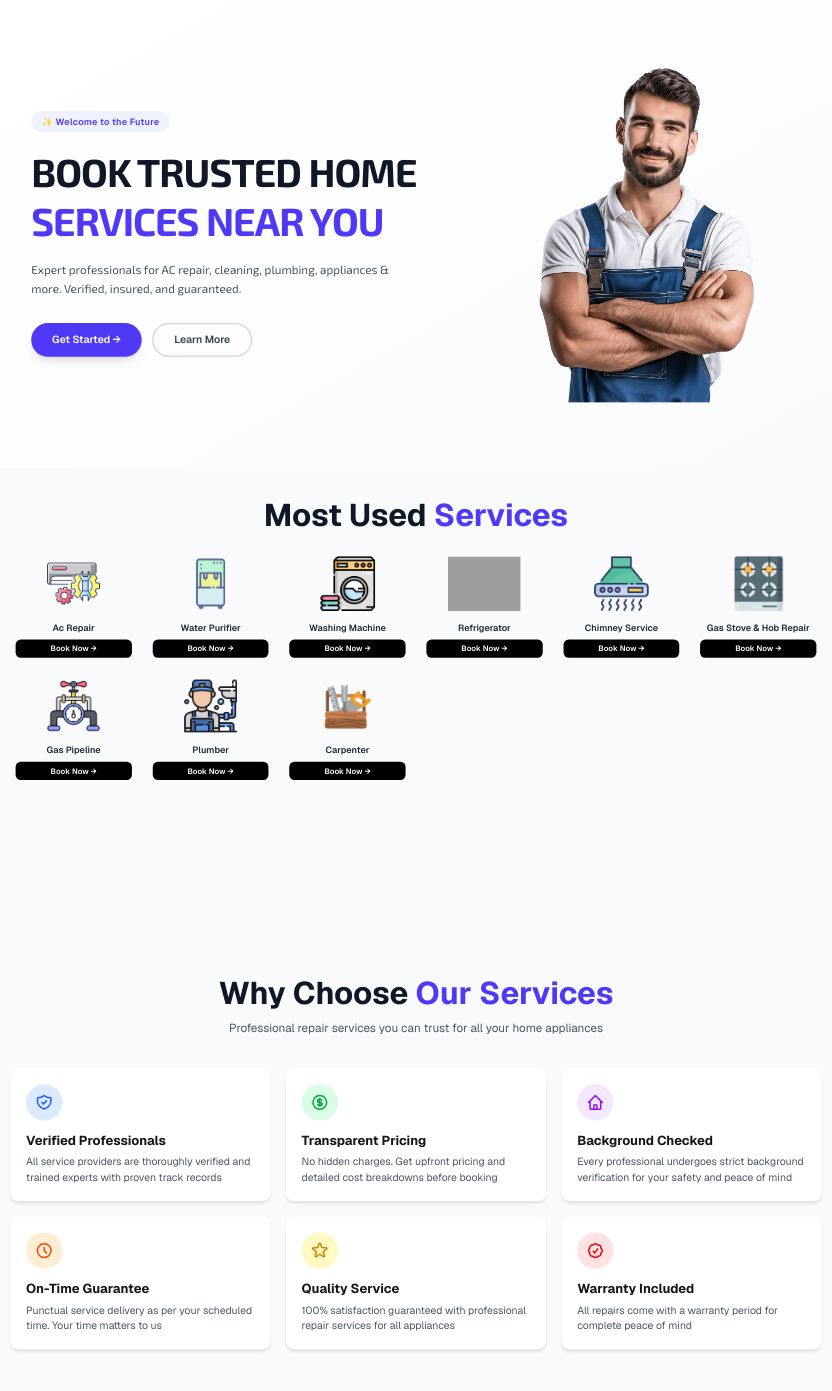
Repository: deepak445566/repai
Page: / (app in repair/)
The author's editor kept a copy of each file at every save. The page is drawn from the files as they stood at one save, then again after the next save.
The browser window is 1280 px wide. The pictures show the whole page, at 65% of full size.
Pictures or frames that could not be fetched are drawn as grey boxes. The project was rebuilt for these pictures with package versions that can differ from the ones it lists, and the page was loaded fresh each time. The framework's server and built-in components were replaced by stand-ins that run in the browser. Also part of the build but not shown: repair/next.config.mjs.

Above is the page before, as saved 2026-04-15 13:38:25.

### repair/src/app/layout.js
import { Abril_Fatface, Exo_2, Geist, Geist_Mono } from "next/font/google";
import "./globals.css";

const geistSans = Geist({
  variable: "--font-geist-sans",
  subsets: ["latin"],
});

const geistMono = Geist_Mono({
  variable: "--font-geist-mono",
  subsets: ["latin"],
});
const abril = Abril_Fatface({
  weight: '400',
  subsets: ['latin'],
  variable: '--font-abril',
});

const exo = Exo_2({
  subsets: ['latin'],
  weight: ['400','600','700'],
  variable: '--font-exo',
});

export const metadata = {
  title: "Create Next App",
  description: "Generated by create next app",
};

export default function RootLayout({ children }) {
  return (
    <html
      lang="en"
      className={`${geistSans.variable} ${geistMono.variable} ${abril.variable} ${exo.variable} h-full antialiased`}
    >
      <body className="min-h-full flex flex-col">{children}</body>
    </html>
  );
}

### repair/src/app/page.js
import HeroPage from '@/components/heroPage'
import ServicesPage from '@/components/Service'
import WhyChooseUs from '@/components/whyChooseUs'
import React from 'react'

function page() {
  return (
   <>
   <HeroPage/>
   <ServicesPage/>
   <WhyChooseUs/>
   </>
  )
}

export default page

### repair/src/app/globals.css
@import "tailwindcss";

:root {
  --background: #ffffff;
  --foreground: #171717;
}

@theme inline {
  --color-background: var(--background);
  --color-foreground: var(--foreground);
  --font-sans: var(--font-geist-sans);
  --font-mono: var(--font-geist-mono);
}

@media (prefers-color-scheme: dark) {
  :root {
    --background: #0a0a0a;
    --foreground: #ededed;
  }
}

body {
  background: var(--background);
  color: var(--foreground);
  font-family: var(--font-parkinsans);
}



.abril {
  font-family: var(--font-abril);
}

.exo {
  font-family: var(--font-exo);
}

### repair/src/components/heroPage.jsx
import Image from 'next/image';

export default function HeroPage() {
  return (
    <div className="min-h-screen bg-gradient-to-br from-white to-gray-50 flex items-center justify-center px-4 lg:px-12 py-12">
      <div className="max-w-7xl mx-auto w-full">
        <div className="flex flex-col lg:flex-row items-center gap-12 lg:gap-10">

          {/* Left Section - 60% Width */}
          <div className="w-full lg:w-[55%] text-center lg:text-left space-y-6">
            <div className="inline-block px-4 py-1.5 rounded-full bg-indigo-50 text-indigo-600 text-sm font-semibold tracking-wide">
              ✨ Welcome to the Future
            </div>

            <h1 className="text-4xl sm:text-5xl lg:text-6xl font-bold tracking-tight text-gray-900 leading-tight uppercase exo">
            Book Trusted Home
              <span className="text-indigo-600 block"> Services Near You</span>
            </h1>

            <p className="text-lg text-gray-600 max-w-xl mx-auto lg:mx-0 exo">
         Expert professionals for AC repair, cleaning, plumbing, appliances & more. Verified, insured, and guaranteed.
            </p>

            <div className="flex flex-col sm:flex-row gap-4 justify-center lg:justify-start pt-4">
              <button className="px-8 py-3 rounded-full bg-indigo-600 text-white font-semibold shadow-lg hover:bg-indigo-700 transition-all duration-200 transform hover:scale-105">
                Get Started →
              </button>
              <button className="px-8 py-3 rounded-full border-2 border-gray-300 text-gray-700 font-semibold hover:bg-gray-50 transition-all duration-200">
                Learn More
              </button>
            </div>
          </div>

          {/* Right Section - 40% Width */}
          <div className="w-full lg:w-[45%] flex justify-center lg:justify-end">
            <div className="relative w-full max-w-sm sm:max-w-md lg:max-w-lg">
              <div className="absolute inset-0 opacity-60 -z-10"></div>
              <div className="relative overflow-hidden">
                {/* Size control - Apni hisaab se change karo */}
                <div className="relative w-[350px] h-[400px] md:w-[400px] md:h-[400px] lg:w-[550px] lg:h-[550px] mx-auto ">
                  <Image
                    src="/images/image1.png"
                    alt="Hero Image"
                    fill
                    className="object-contain p-4"
                    priority
                  />
                </div>
              </div>
            </div>
          </div>
        </div>
      </div>
    </div>
  );
}

### repair/src/components/Service.jsx
'use client'

import Image from 'next/image';
import { useRouter } from 'next/navigation';

export default function ServicesPage() {
  const router = useRouter();

  const services = [
    { id: 1, title: "Ac Repair", image: "/images/acrepair.png" },
    { id: 2, title: "Water Purifier", image: "/images/waterrepair.png" },
    { id: 3, title: "Washing Machine", image: "/images/washrepair.png" },
    { id: 4, title: "Refrigerator", image: "/images/fridgerepair.png" },
    { id: 5, title: "Chimney Service", image: "/images/chimneyrepair.png" },
    { id: 6, title: "Gas Stove & Hob Repair", image: "/images/gasrepair.png" },
    { id: 7, title: "Gas Pipeline", image: "/images/piperepair.png" },
    { id: 8, title: "Plumber", image: "/images/plumberrepair.png" },
    { id: 9, title: "Carpenter", image: "/images/carrepair.png" },
  ];

  const handleBookNow = (serviceTitle) => {
    // Navigate to booking page with service name
    router.push(`/book?service=${encodeURIComponent(serviceTitle)}`);
  };

  return (
    <div className="min-h-screen bg-gray-50 py-12 px-4">
      <div className="max-w-7xl mx-auto">

        <div className="text-center mb-8">
          <h2 className="text-3xl sm:text-5xl font-bold text-gray-900 mb-2">
            Most Used <span className="text-indigo-600">Services</span>
          </h2>
        </div>

        <div className="grid grid-cols-2 lg:grid-cols-6 gap-3 md:gap-4">
          {services.map((service) => (
            <div key={service.id} className="group cursor-pointer">
              {/* Image Section */}
              <div className="relative h-20 sm:h-22 md:h-25">
                <Image
                  src={service.image}
                  alt={service.title}
                  fill
                  className="object-contain p-2 transition-transform duration-500 group-hover:scale-110"
                />
              </div>

              {/* Title Section */}
              <div className="py-2 px-1 text-center">
                <h3 className="text-xs sm:text-sm font-semibold text-gray-800 group-hover:text-indigo-600 transition-colors">
                  {service.title}
                </h3>
              </div>

              {/* Book Button */}
              <div className="px-2 pb-2">
                <button
                  onClick={() => handleBookNow(service.title)}
                  className="w-full bg-black text-white text-xs font-semibold py-1.5 rounded-lg hover:bg-indigo-700 transition-all"
                >
                  Book Now →
                </button>
              </div>
            </div>
          ))}
        </div>
      </div>
    </div>
  );
}

### repair/src/components/whyChooseUs.jsx
import Image from 'next/image';

export default function WhyChooseUs() {
  return (
    <div className="bg-gray-50 py-16 px-4">
      <div className="max-w-7xl mx-auto">

        {/* Header with Image */}
        <div className="text-center mb-12">
          <h2 className="text-4xl lg:text-5xl font-bold text-gray-900 mb-4">
            Why Choose <span className="text-indigo-600">Our Services</span>
          </h2>
          <p className="text-gray-600 text-lg max-w-2xl mx-auto">
            Professional repair services you can trust for all your home appliances
          </p>
        </div>

        {/* Features Grid */}
        <div className="grid grid-cols-1 md:grid-cols-2 lg:grid-cols-3 gap-6">
          {/* Feature 1 */}
          <div className="bg-white rounded-xl p-6 shadow-md hover:shadow-xl transition-all">
            <div className="w-14 h-14 bg-blue-100 rounded-full flex items-center justify-center mb-4">
              <svg className="w-7 h-7 text-blue-600" fill="none" stroke="currentColor" viewBox="0 0 24 24">
                <path strokeLinecap="round" strokeLinejoin="round" strokeWidth={2} d="M9 12l2 2 4-4m5.618-4.016A11.955 11.955 0 0112 2.944a11.955 11.955 0 01-8.618 3.04A12.02 12.02 0 003 9c0 5.591 3.824 10.29 9 11.622 5.176-1.332 9-6.03 9-11.622 0-1.042-.133-2.052-.382-3.016z" />
              </svg>
            </div>
            <h3 className="text-xl font-bold mb-2">Verified Professionals</h3>
            <p className="text-gray-600">All service providers are thoroughly verified and trained experts with proven track records</p>
          </div>

          {/* Feature 2 */}
          <div className="bg-white rounded-xl p-6 shadow-md hover:shadow-xl transition-all">
            <div className="w-14 h-14 bg-green-100 rounded-full flex items-center justify-center mb-4">
              <svg className="w-7 h-7 text-green-600" fill="none" stroke="currentColor" viewBox="0 0 24 24">
                <path strokeLinecap="round" strokeLinejoin="round" strokeWidth={2} d="M12 8c-1.657 0-3 .895-3 2s1.343 2 3 2 3 .895 3 2-1.343 2-3 2m0-8c1.11 0 2.08.402 2.599 1M12 8V7m0 1v8m0 0v1m0-1c-1.11 0-2.08-.402-2.599-1M21 12a9 9 0 11-18 0 9 9 0 0118 0z" />
              </svg>
            </div>
            <h3 className="text-xl font-bold mb-2">Transparent Pricing</h3>
            <p className="text-gray-600">No hidden charges. Get upfront pricing and detailed cost breakdowns before booking</p>
          </div>

          {/* Feature 3 */}
          <div className="bg-white rounded-xl p-6 shadow-md hover:shadow-xl transition-all">
            <div className="w-14 h-14 bg-purple-100 rounded-full flex items-center justify-center mb-4">
              <svg className="w-7 h-7 text-purple-600" fill="none" stroke="currentColor" viewBox="0 0 24 24">
                <path strokeLinecap="round" strokeLinejoin="round" strokeWidth={2} d="M3 12l2-2m0 0l7-7 7 7M5 10v10a1 1 0 001 1h3m10-11l2 2m-2-2v10a1 1 0 01-1 1h-3m-6 0a1 1 0 001-1v-4a1 1 0 011-1h2a1 1 0 011 1v4a1 1 0 001 1m-6 0h6" />
              </svg>
            </div>
            <h3 className="text-xl font-bold mb-2">Background Checked</h3>
            <p className="text-gray-600">Every professional undergoes strict background verification for your safety and peace of mind</p>
          </div>

          {/* Feature 4 */}
          <div className="bg-white rounded-xl p-6 shadow-md hover:shadow-xl transition-all">
            <div className="w-14 h-14 bg-orange-100 rounded-full flex items-center justify-center mb-4">
              <svg className="w-7 h-7 text-orange-600" fill="none" stroke="currentColor" viewBox="0 0 24 24">
                <path strokeLinecap="round" strokeLinejoin="round" strokeWidth={2} d="M12 8v4l3 3m6-3a9 9 0 11-18 0 9 9 0 0118 0z" />
              </svg>
            </div>
            <h3 className="text-xl font-bold mb-2">On-Time Guarantee</h3>
            <p className="text-gray-600">Punctual service delivery as per your scheduled time. Your time matters to us</p>
          </div>

          {/* Feature 5 */}
          <div className="bg-white rounded-xl p-6 shadow-md hover:shadow-xl transition-all">
            <div className="w-14 h-14 bg-yellow-100 rounded-full flex items-center justify-center mb-4">
              <svg className="w-7 h-7 text-yellow-600" fill="none" stroke="currentColor" viewBox="0 0 24 24">
                <path strokeLinecap="round" strokeLinejoin="round" strokeWidth={2} d="M11.049 2.927c.3-.921 1.603-.921 1.902 0l1.519 4.674a1 1 0 00.95.69h4.915c.969 0 1.371 1.24.588 1.81l-3.976 2.888a1 1 0 00-.363 1.118l1.518 4.674c.3.922-.755 1.688-1.538 1.118l-3.976-2.888a1 1 0 00-1.176 0l-3.976 2.888c-.783.57-1.838-.197-1.538-1.118l1.518-4.674a1 1 0 00-.363-1.118l-3.976-2.888c-.784-.57-.38-1.81.588-1.81h4.914a1 1 0 00.951-.69l1.519-4.674z" />
              </svg>
            </div>
            <h3 className="text-xl font-bold mb-2">Quality Service</h3>
            <p className="text-gray-600">100% satisfaction guaranteed with professional repair services for all appliances</p>
          </div>

          {/* Feature 6 */}
          <div className="bg-white rounded-xl p-6 shadow-md hover:shadow-xl transition-all">
            <div className="w-14 h-14 bg-red-100 rounded-full flex items-center justify-center mb-4">
              <svg className="w-7 h-7 text-red-600" fill="none" stroke="currentColor" viewBox="0 0 24 24">
                <path strokeLinecap="round" strokeLinejoin="round" strokeWidth={2} d="M9 12.75L11.25 15 15 9.75M21 12c0 1.268-.63 2.39-1.593 3.068a3.745 3.745 0 01-1.043 3.296 3.745 3.745 0 01-3.296 1.043A3.745 3.745 0 0112 21c-1.268 0-2.39-.63-3.068-1.593a3.746 3.746 0 01-3.296-1.043 3.745 3.745 0 01-1.043-3.296A3.745 3.745 0 013 12c0-1.268.63-2.39 1.593-3.068a3.745 3.745 0 011.043-3.296 3.746 3.746 0 013.296-1.043A3.746 3.746 0 0112 3c1.268 0 2.39.63 3.068 1.593a3.746 3.746 0 013.296 1.043 3.746 3.746 0 011.043 3.296A3.745 3.745 0 0121 12z" />
              </svg>
            </div>
            <h3 className="text-xl font-bold mb-2">Warranty Included</h3>
            <p className="text-gray-600">All repairs come with a warranty period for complete peace of mind</p>
          </div>
        </div>
      </div>
    </div>
  );
}

After the next save:
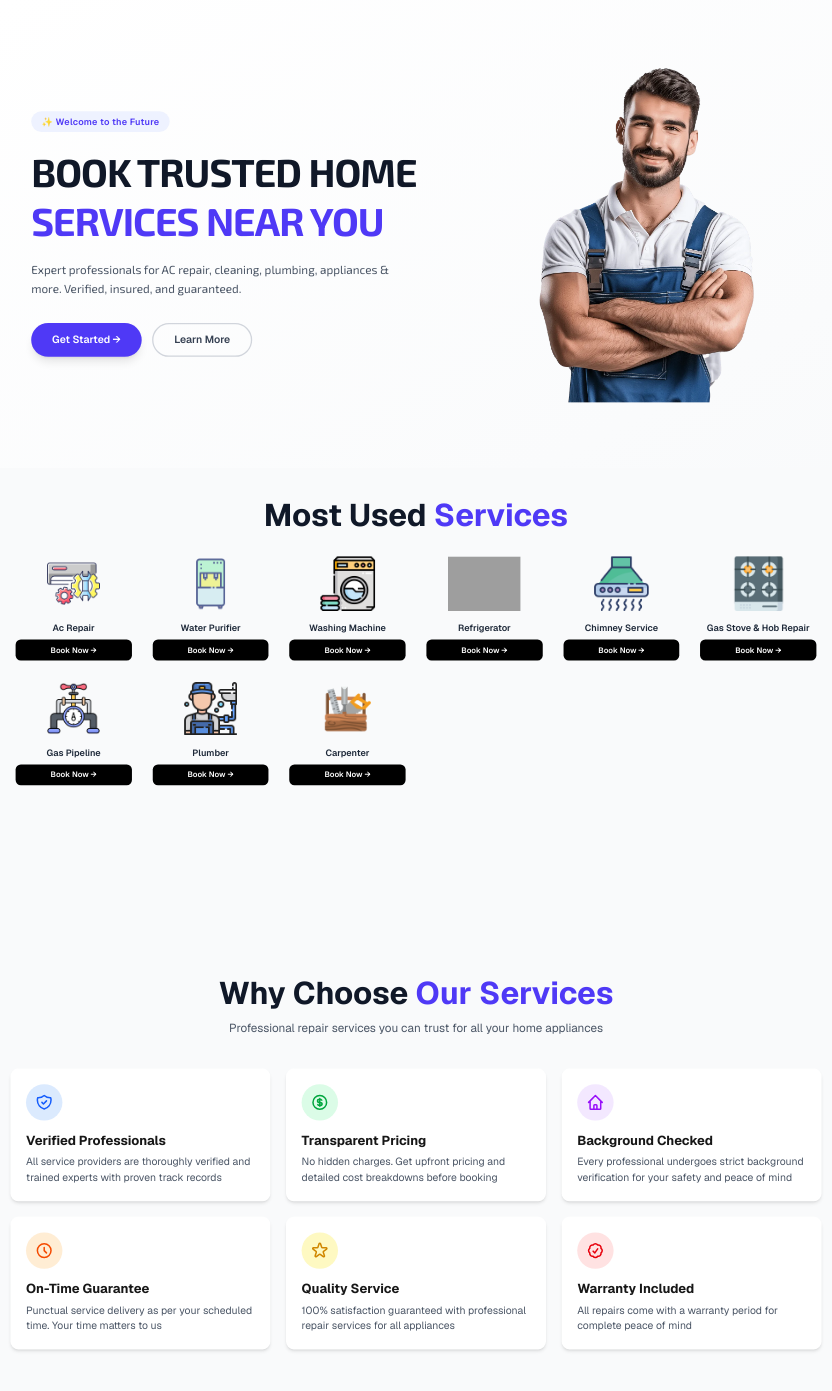
Saved 7 s later.
--- a/repair/src/components/Service.jsx
+++ b/repair/src/components/Service.jsx
@@ -57,7 +57,7 @@
               <div className="px-2 pb-2">
                 <button
                   onClick={() => handleBookNow(service.title)}
-                  className="w-full bg-black text-white text-xs font-semibold py-1.5 rounded-lg hover:bg-indigo-700 transition-all"
+                  className="w-full bg-black text-white text-xs font-semibold py-2 rounded-lg hover:bg-indigo-700 transition-all"
                 >
                   Book Now →
                 </button>
